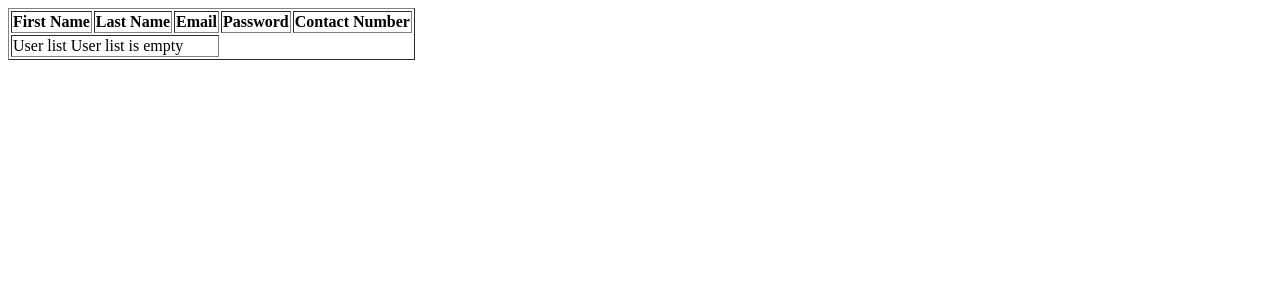
Repository: MarkFernandes11/Advanced-Java
Page: http://localhost/Login/UserData.jsp
The author's editor kept a copy of each file at every save. The page is drawn from the files as they stood at one save, then again after the next save.
The browser window is 1280 px wide. The pictures show the whole page.
The page is served by Tomcat 9.

Above is the page before, as saved 2019-09-26 12:28:43.

After the next save:
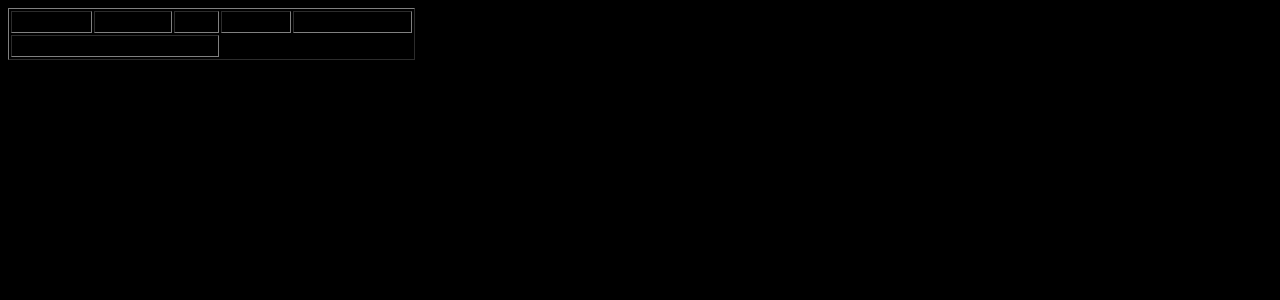
Saved 5 min 28 s later.
--- a/Login/WebContent/UserData.jsp
+++ b/Login/WebContent/UserData.jsp
@@ -9,6 +9,7 @@
 <head>
 <meta charset="UTF-8">
 <title>User Data</title>
+<link rel="stylesheet" type="text/css" href="stylesheet.css">
 </head>
 <body>
 	<table border="1px solid #000;">
